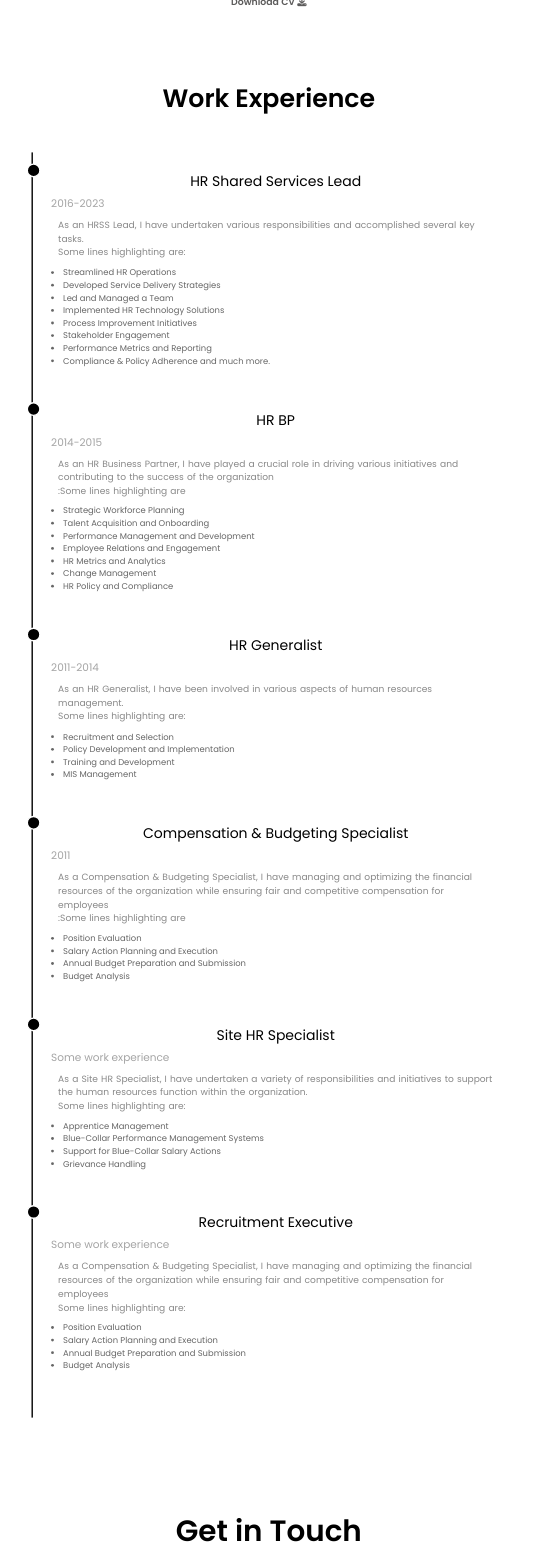
Repository: xoshiraghavx/Niharika-portfolio
Page: index.html
An editor plug-in stored every save of this project. The page is shown before and after the next save, followed by the edit.
The browser window is 768 px wide. The pictures show the part of the page from y = 1439 to 3679 px (the page is 4187 px tall), at 70% of full size.
Some web libraries are served in a nearby version.

Above is the page before, as saved 2023-06-16 11:11:53.

After the next save:
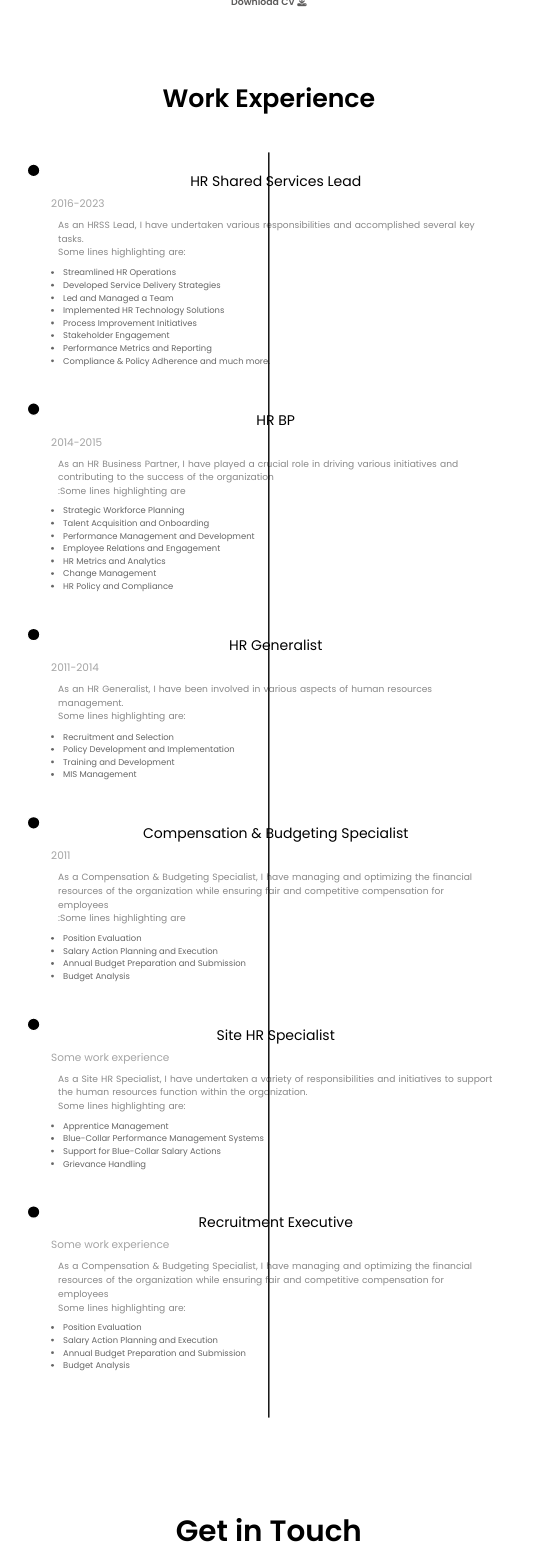
Saved 6 s later.
--- a/css/index.css
+++ b/css/index.css
@@ -295,9 +295,7 @@
         width: 90%;
     }
     .timeline:before {
-        /* content: '';
-        position: absolute;
-        top: 0; */
+ */
         left: .5rem;
         /* margin-left: -1px;
         width: 2px;

After the 2 saves that followed:
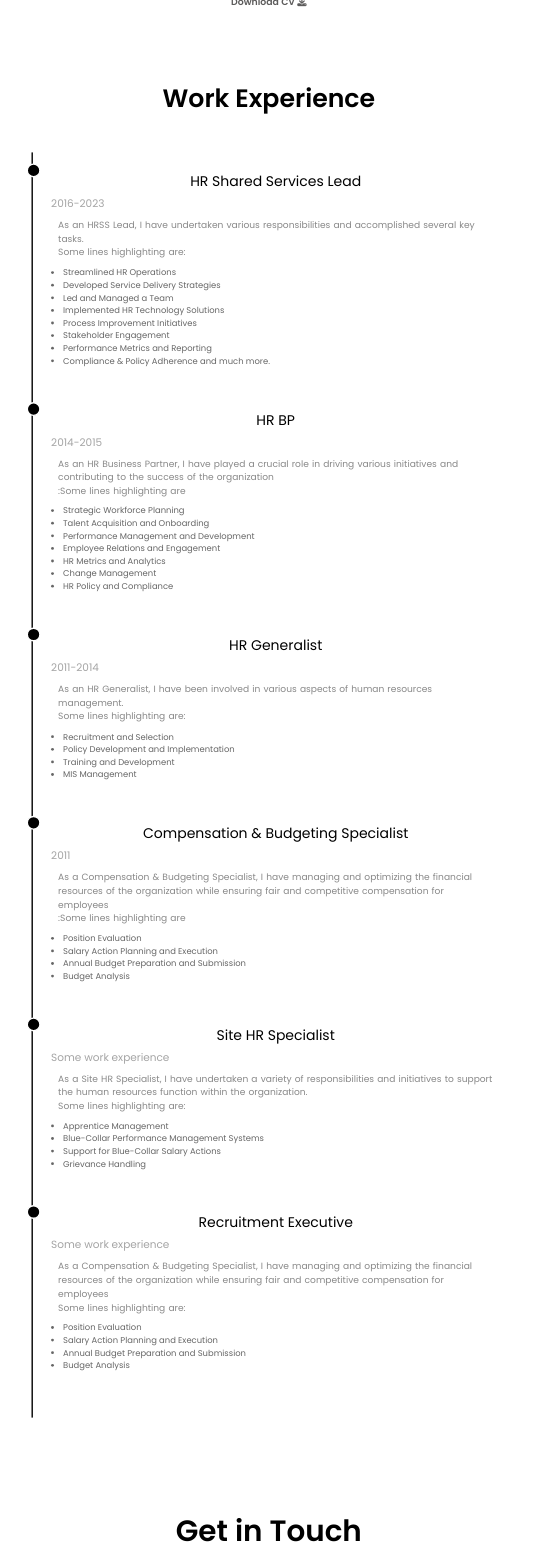
The 2 saves are shown as one change because they came seconds apart.
The last was saved 26 s later.
--- a/css/index.css
+++ b/css/index.css
@@ -295,13 +295,7 @@
         width: 90%;
     }
     .timeline:before {
- */
         left: .5rem;
-        /* margin-left: -1px;
-        width: 2px;
-        height: 100%;
-        background: #000000;
-        z-index: 1 */
      }
  }
 
